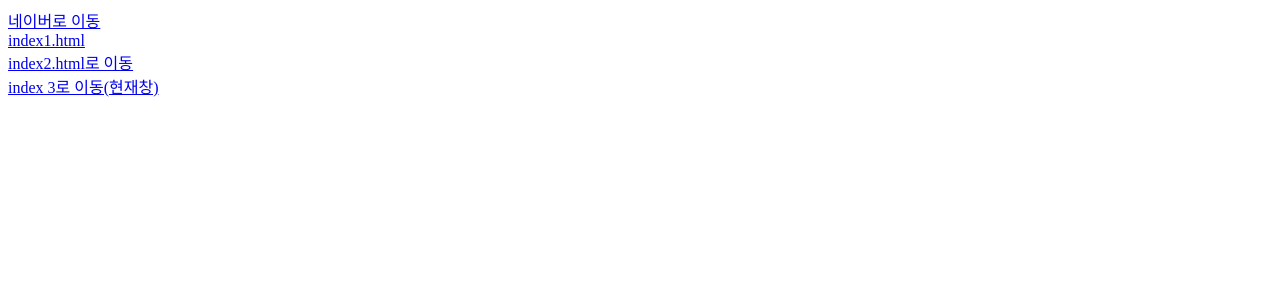
Repository: xsa1113/posco_ict
Page: html/TestSample/WebContent/index4.html
These files come from the project's save history. The page is drawn as it stood at one moment and after the next save; the edit follows.
The browser window is 1280 px wide. The pictures show the whole page.

Above is the page before, as saved 2022-05-04 08:12:59.

### html/TestSample/WebContent/index4.html
<!DOCTYPE html>
<html>
<head>
<meta charset="UTF-8">
<title>Insert title here</title>
</head>
<body>

<!-- anchor(link)  -->
<a href="http://www.naver.com">네이버로 이동</a>
<br>
<a href= "index1.html">index1.html</a>
<br>
<a href= "http://localhost:8080/TestSample/index2.html">index2.html로 이동</a>
<br>

<a href="./index3.html" target="_self"> index 3로 이동(현재창)</a>


</body>
</html>

After the next save:
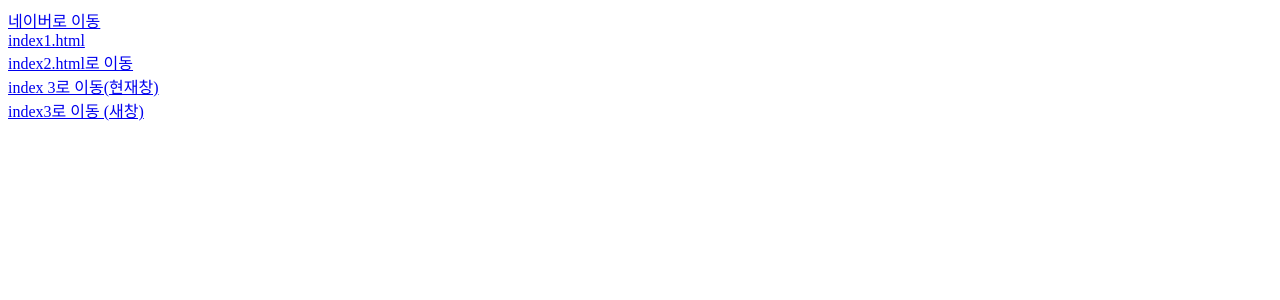
Saved 46 s later.
--- a/html/TestSample/WebContent/index4.html
+++ b/html/TestSample/WebContent/index4.html
@@ -15,6 +15,9 @@
 <br>
 
 <a href="./index3.html" target="_self"> index 3로 이동(현재창)</a>
+<br>
+<a href="./index3.html" target="_blank">index3로 이동 (새창)</a>
+<br>
 
 
 </body>
